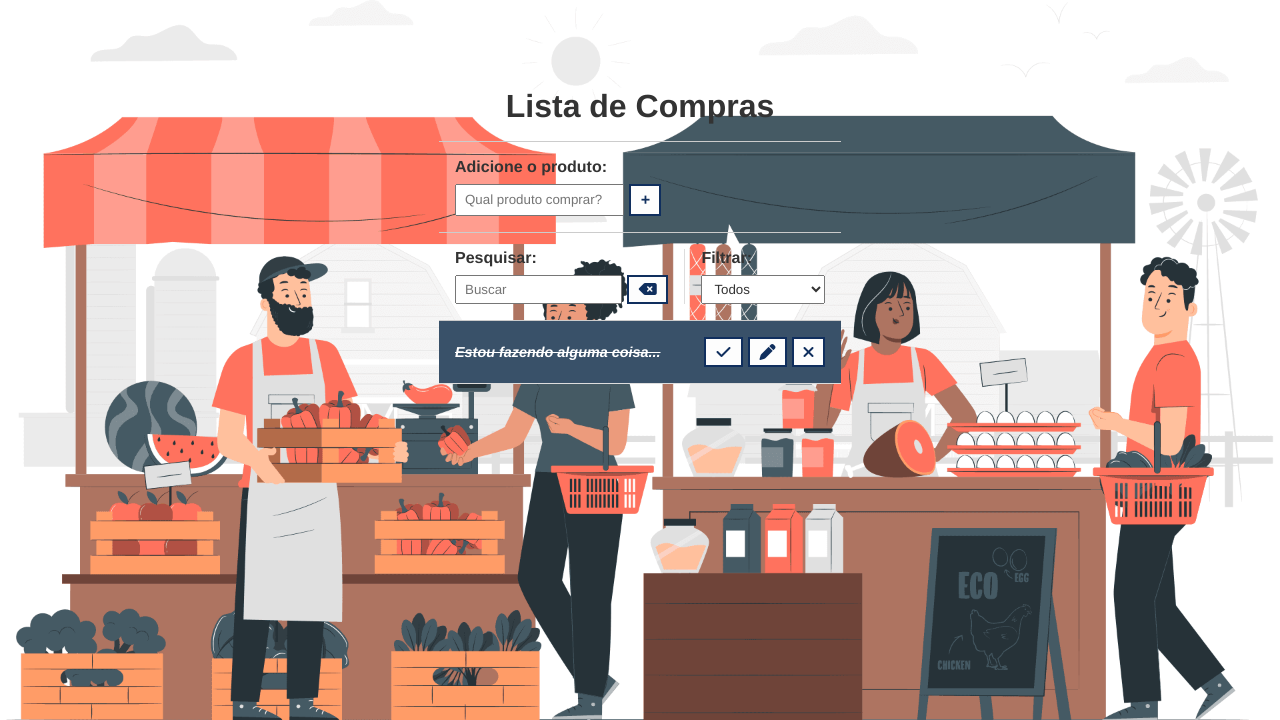
Repository: Dkrvalho/mercado
Page: index.html
An editor plug-in stored every save of this project. The page is shown before and after the next save, followed by the edit.
The browser window is 1280 px wide. The pictures show the whole page.

Above is the page before, as saved 2023-01-09 14:57:55.

After the next save:
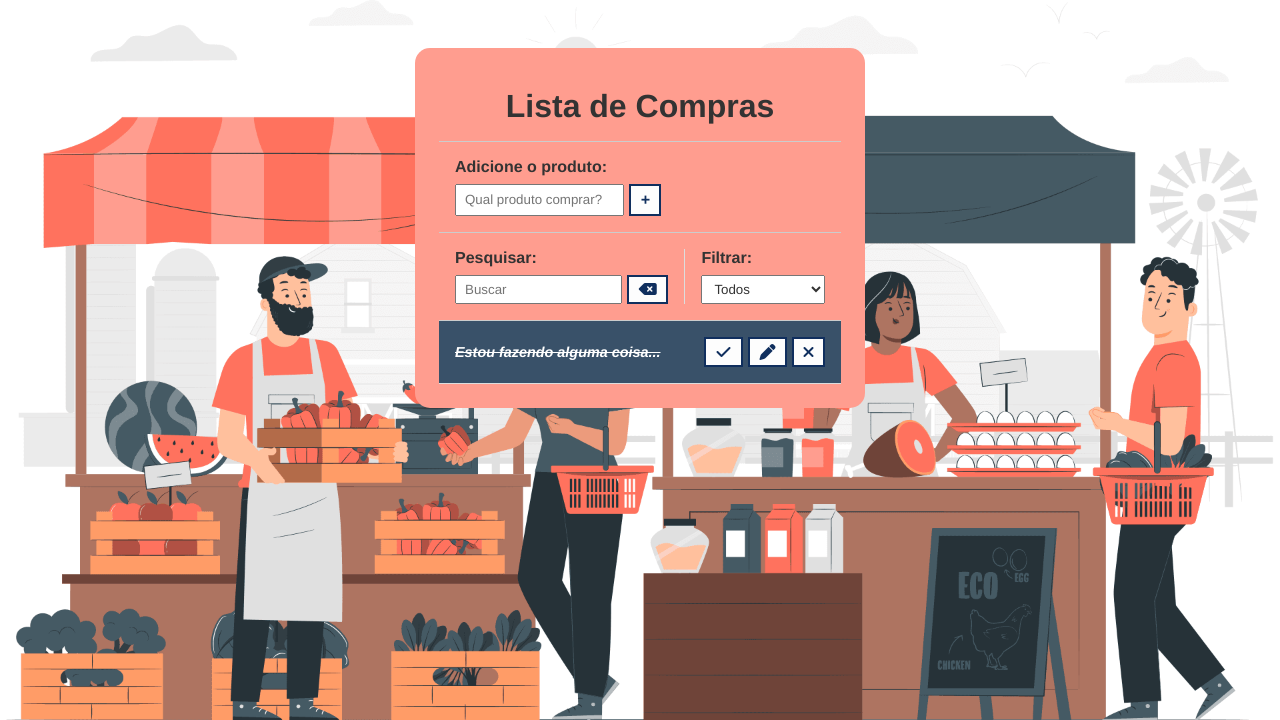
Saved 18 s later.
--- a/css/style.css
+++ b/css/style.css
@@ -55,7 +55,7 @@ input, select {
 .container {
     max-width: 450px;
     margin: 3rem auto;
-    background-color: ;
+    background-color: #ff9d8f;
     padding: 1.5rem;
     border-radius: 15px;
 }
